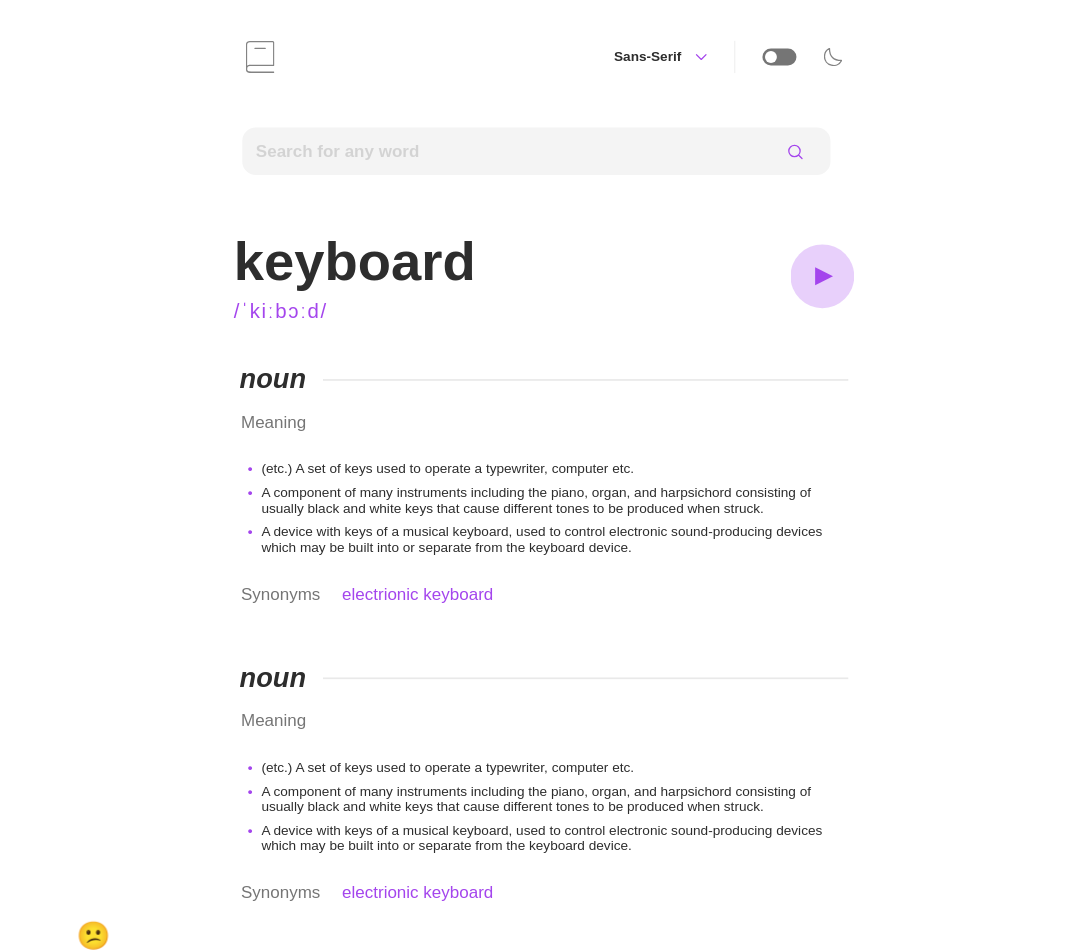
Repository: Arkitecth/dictionary-app
Page: index.html
An editor plug-in stored every save of this project. The page is shown before and after the next save, followed by the edit.
The browser window is 1280 px wide. The pictures show the whole page, at 85% of full size.

Above is the page before, as saved 2023-07-21 18:47:04.

### index.html
<!DOCTYPE html>
<html lang="en">
<head>
  <meta charset="UTF-8">
  <meta name="viewport" content="width=device-width, initial-scale=1.0">
  <link rel="stylesheet" href="styles.css">
  <title>Dictionary</title>
</head>
<body>

  <!-- Navigation -->
  <nav>
    <img src="assets/images/logo.svg" alt="logo">

    <div class="right">
      <div class="fonts">
        <p>Sans-Serif</p>
        <img class="arrow-down" src="assets/images/icon-arrow-down.svg" alt="icon-arrow-down">
        <div class="modal">
          <ul>
            <li>Sans-Serif</li>
            <li>Serif</li>
            <li>Mono</li>
          </ul>
        </div>

      </div>

      <div class="ruler"></div>

      <div class="togglers">
        <!-- Rounded switch -->
        <label class="switch">
          <input type="checkbox">
          <span class="slider round"></span>
        </label>
        <img class="moon" src="assets/images/icon-moon.svg" alt="moon-icon">
      </div>
    </div>
  </nav>


  <!-- Search Bar -->
  <section class="search">
    <label for="search-bar"></label>
    <input type="text" name="search-bar" id="search-bar" placeholder="Search for any word">
    <img src="assets/images/icon-search.svg" alt="search-icon" class="search-icon">
    <p class="empty">Whoops, cant be empty</p>
  </section>



  <main>
    <section class="word-view">
      <div class="word-group">
        <h1>keyboard</h1>
        <p>/ˈkiːbɔːd/</p>
      </div>
      <img class="icon-play" src="assets/images/icon-play.svg" alt="icon-play">
    </section>

    <div class="speech-part-group">
      <p class="speech-part">noun</p>
      <div class="grey-rule"></div>
    </div>

    <section class="description">
      <p>Meaning</p>
      <ul>
        <li>(etc.) A set of keys used to operate a typewriter, computer etc.</li>
        <li>A component of many instruments including the piano, organ, and harpsichord consisting of usually black and white keys that cause different tones to be produced when struck.</li>
        <li>A device with keys of a musical keyboard, used to control electronic sound-producing devices which may be built into or separate from the keyboard device.</li>
      </ul>
      <p class="synonymn">Synonyms <span>electrionic keyboard</span></p>

    </section>

    <div class="speech-part-group">
      <p class="speech-part">noun</p>
      <div class="grey-rule"></div>
    </div>

    <section class="description">
      <p>Meaning</p>
      <ul>
        <li>(etc.) A set of keys used to operate a typewriter, computer etc.</li>
        <li>A component of many instruments including the piano, organ, and harpsichord consisting of usually black and white keys that cause different tones to be produced when struck.</li>
        <li>A device with keys of a musical keyboard, used to control electronic sound-producing devices which may be built into or separate from the keyboard device.</li>
      </ul>
      <p class="synonymn">Synonyms <span>electrionic keyboard</span></p>

    </section>

  </main>

  <h1>😕</h1>

</body>
<script src="script.js"></script>
</html>

### styles.css
:root {
    --dark-grey: #757575;
    --purple:#a445ed;
    --light-grey:#f4f4f4;
    --dark-three:#2d2d2d;
    --lighter-grey:#e9e9e9;
    --pure-white:#ffffff;
    --dark-two: #1f1f1f;
    --dark-black:#050505;
    --red: #ff5252;
}
@import url('https://fonts.googleapis.com/css2?family=Inconsolata:wght@400;700&family=Inter:wght@400;700&family=Lora:ital,wght@0,700;1,400;1,700&display=swap');


* {
    margin: 0;
    padding: 0;
}





/* Main Styling */
body {
    max-width: 1100px;
    margin: 0 auto;
    font-family: Sans-Serif;
    background-color: var(--pure-white);
    color: var(--dark-three);
}


/* Light Styling */

/* Nav Styling */
nav {
    display: flex;
    justify-content: space-around;
    margin-top: 3rem;
}

.right {
    display: flex;
    gap: 2rem;
    position: relative;
}

.fonts {
    display: flex;
    gap: 1rem;
    align-items: center;
    font-weight: 600;
}

.arrow-down {
    cursor: pointer;
}

.ruler {
    width: 1px;
    background-color: #e9e9e9;
}

.togglers {
    display: flex;
    gap: 2rem;
    align-items: center;
}



/* The switch - the box around the slider */
.switch {
  position: relative;
  display: inline-block;
  width: 40px;
  height: 20px;
}

/* Hide default HTML checkbox */
.switch input {
  opacity: 0;
  width: 0;
  height: 0;
}

/* The slider */
.slider {
  position: absolute;
  cursor: pointer;
  top: 0;
  left: 0;
  right: 0;
  bottom: 0;
  background-color: var(--dark-grey);
  -webkit-transition: .4s;
  transition: .4s;
}

.slider:before {
  position: absolute;
  content: "";
  height: 14px;
  width: 14px;
  left: 3px;
  bottom: 3px;
  background-color: white;
  -webkit-transition: .4s;
  transition: .4s;
}

input:checked + .slider {
  background-color: var(--purple)
}

input:focus + .slider {
  box-shadow: 0 0 1px var(--purple)
}

input:checked + .slider:before {
  -webkit-transform: translateX(20px);
  -ms-transform: translateX(20px);
  transform: translateX(20px);
}

/* Rounded sliders */
.slider.round {
  border-radius: 34px;
}

.slider.round:before {
  border-radius: 50%;
}



/* Search */

.search {
    text-align: center;
    margin-top: 4rem;
    display: flex;
    justify-content: center;
    position: relative;
}

input[type="text"] {
    width:60%;
    height: 1.5rem;
    padding: 1rem;
    border-radius: 16px;
    border: none;
    background-color: var(--light-grey);
    outline: none;
    font-size: 20px;
    font-weight: 700;

}

input[type="text"]:active,
input[type="text"]:focus {
    border: 1px solid var(--purple);
}


input[type="text"]::placeholder {
    opacity: 0.25;
}

.search-icon {
    transform: translate(-50px,1px);
    text-align: center;
}



/* Word View */

.word-view {
    text-align: center;
    margin-top: 4rem;
    display: flex;
    justify-content: space-around;
}
.word-group h1 {
    font-size: 4rem;
}

.word-group p {
    text-align: left;
    font-size: 1.5rem;
    color: var(--purple);
    font-weight: 400;
    padding-top: 0.5rem;
    letter-spacing: 2px;
}


/* Speech Part(noun, pronoun, verb) */
.speech-part-group {
    display: flex;
    justify-content: center;
    align-items: center;
    gap: 20px;
    margin-top: 3rem;
}
.speech-part {
    text-align: left;
    font-size: 2rem;
    font-weight: 700;
    font-style: italic;
}
.grey-rule {
    border: 1px solid var(--lighter-grey);
    height: 0;
    width: 56%;
}

/* Description */
.description {
    /* width: fit-content;
    margin: 0 auto;
    margin-top: 2rem; */
    width: 65%;
    /* margin-left: 17.5%; */
    margin: 0 auto;
}


.description p {
    color: var(--dark-grey);
    text-align: left;
    font-size: 1.25rem;
    padding: 20px 1px;

}

ul {
    text-align: left;
    padding: 10px 20px;
    list-style: none;
}
.description ul li::before {
    content: "\2022";
    width: 1rem;
    font-weight: bold;
    display: inline-block;
    margin-left: -1em;
    color: var(--purple);
}
.description ul li{
    padding: 5px;
}
.synonymn span {
    color: var(--purple);
    padding: 0 20px;
}


/* Dynamic Styles */

.modal {
    background-color: var(--pure-white);
    padding: 20px;
    border-radius: 15px;
    position: absolute;
    top: 30px;
    left: -60px;
    box-shadow: 5px 5px 5px darkgray;
    display: none;
    z-index: 1;
}
.modal ul{
    list-style: none;
}

.modal ul li {
    padding: 10px;
    cursor: pointer;
}

.modal ul li:hover {
    color: var(--purple);
}

.display {
    display: block !important;
}

.empty {
    color: var(--red);
    position: absolute;
    top: 60px;
    left: 200px;
    display: none;
}
.error {
    border: 1px solid var(--red) !important;
}


/* Dark Styles */
body.dark {
    background-color: var(--dark-black);
    color: var(--pure-white);
}

.moon.dark {
    filter: invert(34%) sepia(48%) saturate(6181%) hue-rotate(260deg) brightness(99%) contrast(87%);
}

.modal.dark {
    box-shadow: 0px 0px 20px var(--purple);
    background-color: var(--dark-two);
}

input[type="text"].dark {
    background-color: var(--dark-two);
    color: var(--pure-white);
}



/* Mobile Styels */

@media screen and (max-width:375px) {

    input[type="text"] {
        width: 327px;
    }
    .search {
        margin-left: 10px;
    }

    .word-group h1 {
        font-size: 32px;
    }

    .icon-play {
        width: 48px;
    }

    .description {
        width: 275px;
    }

    .speech-part {
        font-size: 18px;
    }

    .description p {
        font-size: 16px;
    }

    .empty {
        left: 0;
    }
}

@media screen and (min-width:580px) and (max-width:768px) {
    nav {
        justify-content: space-between;
        padding: 20px;
    }
    input[type="text"] {
        width: 689px;
    }

    .word-view {
        justify-content: space-between;
        padding: 20px;
    }

    .speech-part-group {
        justify-content: space-between;
        padding: 20px;
    }

    .speech-part {
        text-align: left;
        font-size: 24px;
    }
    .grey-rule {
        border: 1px solid var(--lighter-grey);
        height: 0;
        width: 608px;
    }
    .description {
        text-align: left;
        margin: 0;
        width: 500px;
        padding: 20px;
    }
    .empty {
        left: 0;
    }


}

### script.js
class App {
    constructor() {
        this._body = document.querySelector("body");
        this._arrowDown = document.querySelector(".arrow-down");
        this._modal = document.querySelector(".modal");
        this._font = document.querySelector(".right .fonts p");
        this._slider = document.querySelector(".slider");
        this._moon = document.querySelector(".moon");
        this._text = document.querySelector("input[type='text']");
        this._ui = new UI(this._body, this._arrowDown, this._modal, this._font, this._moon, this._text);
    }

    run() {
        this._arrowDown.addEventListener("click", () => {
            this._ui.arrowDownModal();
        })

        // Switch Fonts -> Select List Items in Modal View
        document.querySelectorAll('.modal ul li').forEach((element) => {
            element.addEventListener("click", () => {
                this._ui.switchFonts(element);
            })
        })

        this._slider.addEventListener('click', this._ui.toggleDark.bind(this._ui))

        this._text.addEventListener('keypress', (e) => {
            if(e.key === "Enter") {
                if(this._text.value === "") {
                    this._ui.showTextErrorMessage();
                } else {
                    this._ui.hideTextErrorMessage();
                }
            }
        })
    }
}

class UI {
    constructor(body, arrowDown, modal, font, moon, text) {
        this.body = body
        this.arrowDown = arrowDown;
        this.modal = modal;
        this.font = font;
        this.moon = moon;
        this.text = text;
    }

    arrowDownModal() {
        this.modal.classList.toggle("display");
   }

   showTextErrorMessage() {
    this.text.classList.add('error');
    document.querySelector('.empty').classList.add('display');
   }

   hideTextErrorMessage() {
    this.text.classList.remove('error');
    document.querySelector('.empty').classList.remove('display');
   }

   toggleDark() {
    this.body.classList.toggle('dark');
    this.moon.classList.toggle('dark');
    this.text.classList.toggle('dark');
    this.modal.classList.toggle('dark');
   }

   switchFonts(element) {
    this.font.textContent = element.textContent;
    this.body.style.fontFamily = element.textContent;
    if(element.textContent === "Mono") {
        this.body.style.fontFamily = "MonoSpace";
    }
   }

}

const app = new App();
app.run();

After the next save:
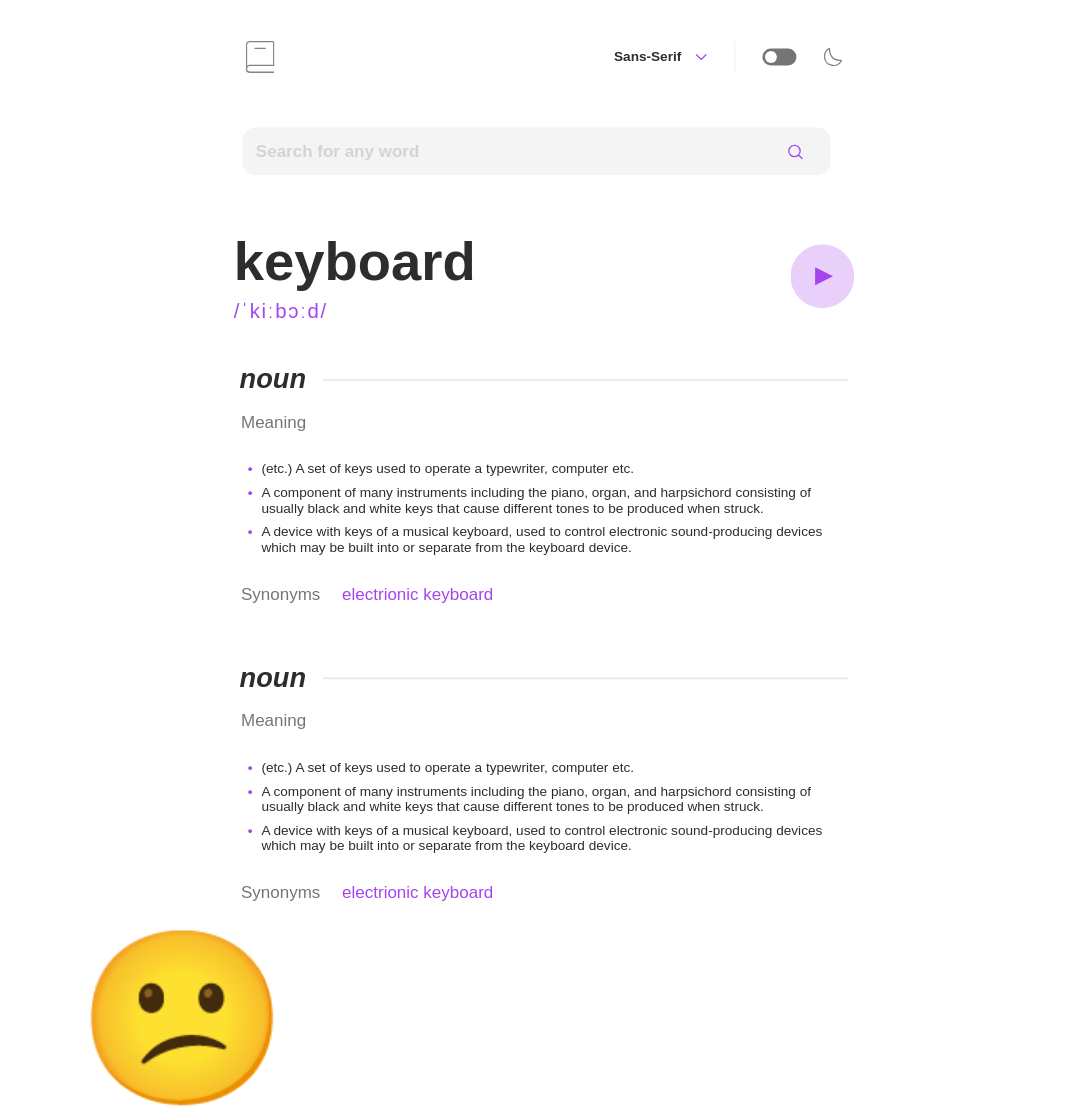
Saved 14 s later.
--- a/index.html
+++ b/index.html
@@ -93,7 +93,7 @@
 
   </main>
 
-  <h1>😕</h1>
+  <h1 style="font-size: 200px;">😕</h1>
 
 </body>
 <script src="script.js"></script>

After the save that followed:
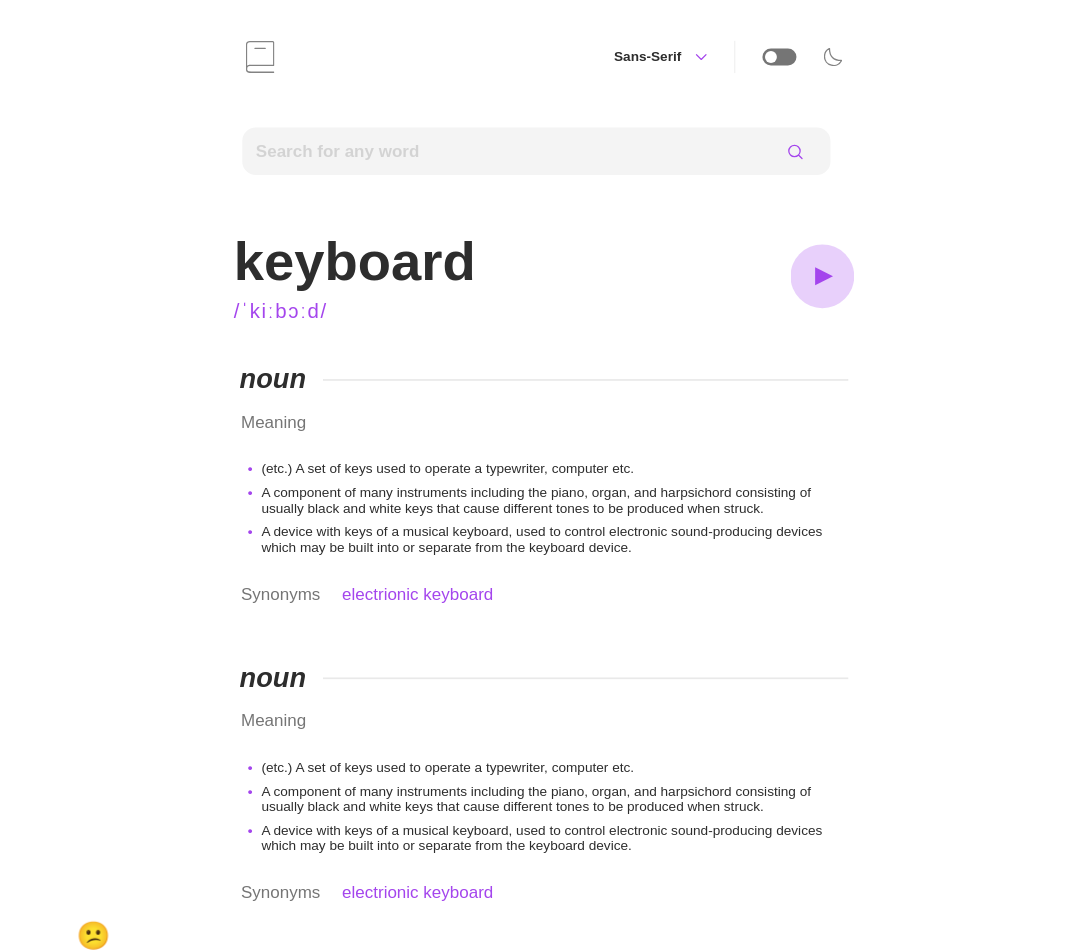
Saved 8 s later.
--- a/index.html
+++ b/index.html
@@ -93,7 +93,7 @@
 
   </main>
 
-  <h1 style="font-size: 200px;">😕</h1>
+  <h1>😕</h1>
 
 </body>
 <script src="script.js"></script>
